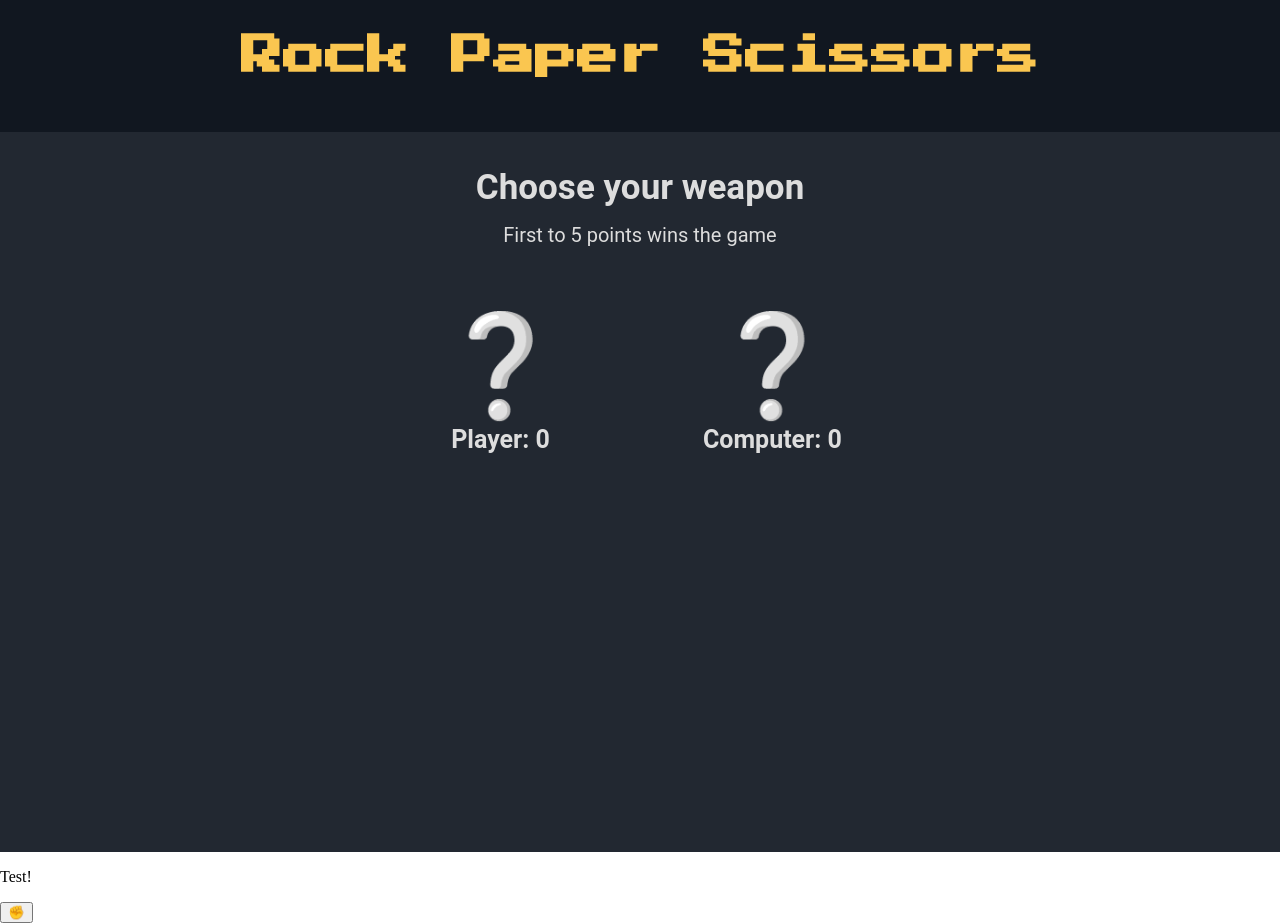
Repository: Aaryan-Poria/Rock-Paper-Scissors
Page: index.html
An editor plug-in stored every save of this project. The page is shown before and after the next save, followed by the edit.
The browser window is 1280 px wide. The pictures show the whole page.

Above is the page before, as saved 2023-08-22 23:29:29.

After the next save:
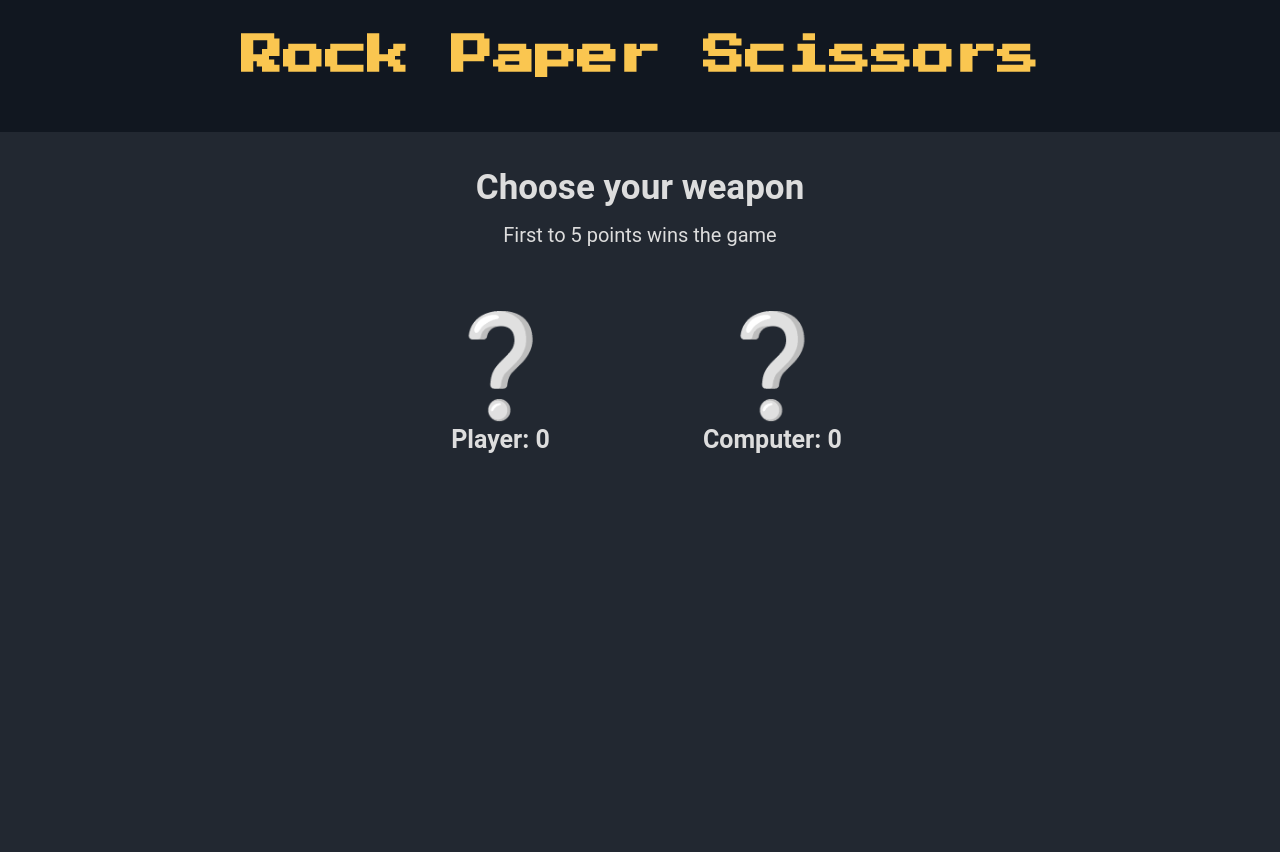
Saved 11 s later.
--- a/index.html
+++ b/index.html
@@ -33,9 +33,5 @@
         </div>
       </div>
     </section>
-    <section class="choices">
-      <p>Test!</p>
-      <button class="option">✊</button>
-    </section>
   </body>
 </html>
